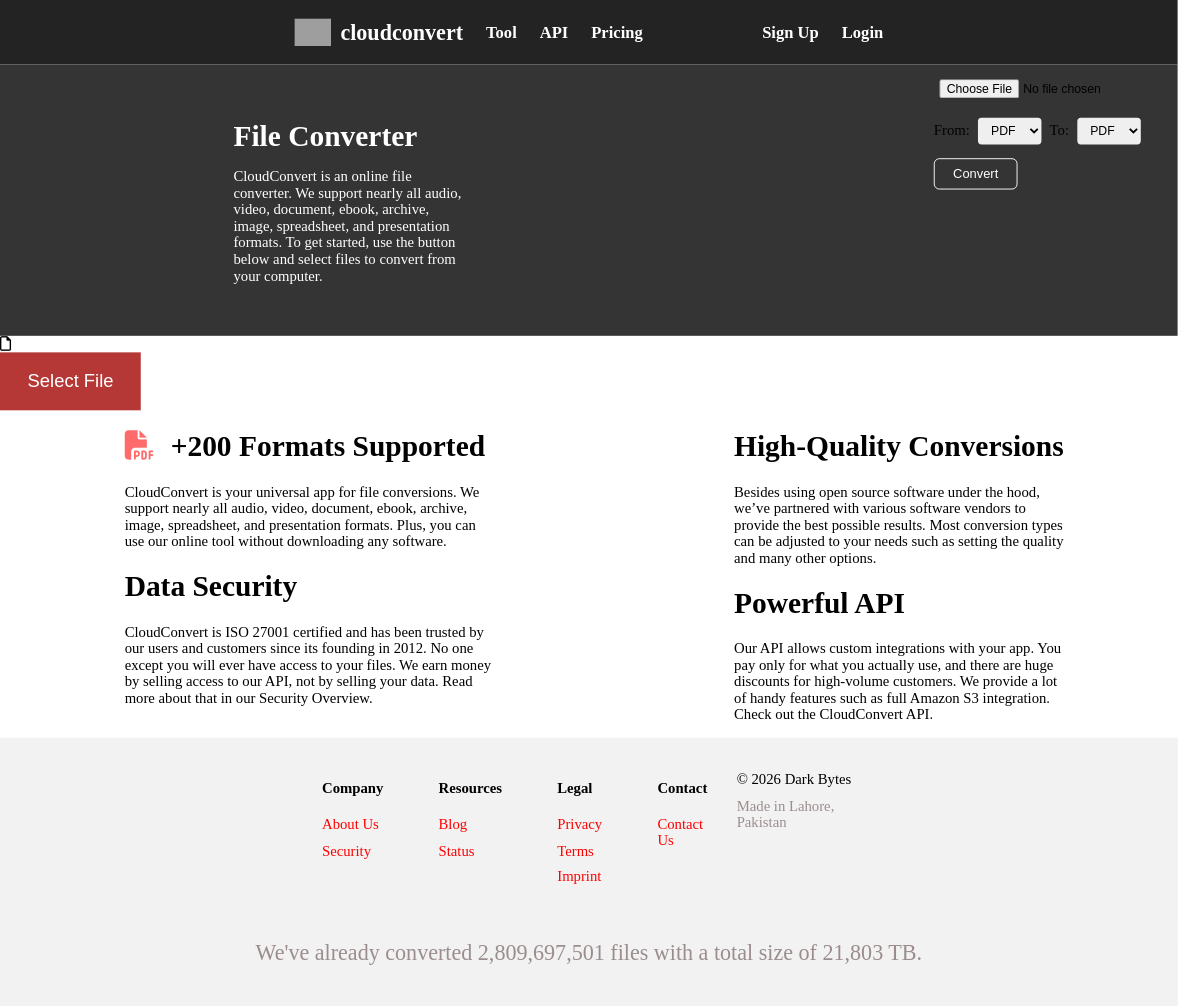
Repository: anfal-darkbytes/task_one
Page: http://localhost/
The author's editor kept a copy of each file at every save. The page is drawn from the files as they stood at one save, then again after the next save.
The browser window is 1280 px wide. The pictures show the whole page, at 92% of full size.
Pictures or frames that could not be fetched are drawn as grey boxes. The page is served by the project's application, run on Django 4.2 (manage.py). Other server files are loaded and not shown.

Above is the page before, as saved 2026-01-09 07:36:56.

### templates/index.html
{% extends "base.html" %}
{% block file_converter %}

<div class="top-body">
    <div>
        <h1 class="top-body-header">File Converter</h1>
        <p class="top-body-para">
          CloudConvert is an online file converter.
          We support nearly all audio, video, document, ebook,
          archive, image, spreadsheet, and presentation formats.
          To get started, use the button below and select files
          to convert from your computer.
        </p>
    </div>
    <div class="form-container">

    {% if error %}
        <p class="error">{{ error }}</p>
    {% endif %}

    <form method="POST" enctype="multipart/form-data">
        {% csrf_token %}
        <input type="file" name="file" required><br>

        From:
        <select class="" name="from_ext" required>
            <option value="pdf">PDF</option>
            <option value="jpg">JPG</option>
            <option value="png">PNG</option>
        </select>

        To:
        <select name="to_ext" required>
            <option value="pdf">PDF</option>
            <option value="jpg">JPG</option>
            <option value="png">PNG</option>
        </select><br>

        <button type="submit" id="convert-button">Convert</button>
    </form>

    {% if output %}
        <p class="success">Download: <a href="{{ output }}" download>Click Here</a></p>
    {% endif %}
</div>


</div>

<div class="middle-body">
    <i class="fa-slab fa-regular fa-file"></i>
    <button id="pick-image">
        Select File
    </button>
    <div class="details-boxes">
        <div class="pair-containers1">
            <div class="single-container">
                <h1 class="container-title">
                    <i class="fa-solid fa-file-pdf"></i>
                    +200 Formats Supported</h1>
                <p class="container-body">CloudConvert is your universal app for file conversions. We support nearly all audio, video, document, ebook, archive, image, spreadsheet, and presentation formats. Plus, you can use our online tool without downloading any software.</p>
            </div>
            <div class="single-container">
                <h1 class="container-title">Data Security</h1>
                <p class="container-body">CloudConvert is ISO 27001 certified and has been trusted by our users and customers since its founding in 2012. No one except you will ever have access to your files. We earn money by selling access to our API, not by selling your data. Read more about that in our Security Overview.</p>
            </div>
        </div>
        <div class="pair containers2">
             <div class="single-container">
                <h1 class="container-title">High-Quality Conversions</h1>
                <p class="container-body">Besides using open source software under the hood, we’ve partnered with various software vendors to provide the best possible results. Most conversion types can be adjusted to your needs such as setting the quality and many other options.</p>
             </div>
            <div class="single-container">
                <h1 class="container-title">Powerful API</h1>
                <p class="container-body">Our API allows custom integrations with your app. You pay only for what you actually use, and there are huge discounts for high-volume customers. We provide a lot of handy features such as full Amazon S3 integration. Check out the CloudConvert API.</p>
            </div>
        </div>
    </div>
</div>


{% endblock %}

### templates/base.html
{% load static %}
<!DOCTYPE html>
<html>
<head>
    <title>File Converter</title>
    <link rel="stylesheet" href="{% static 'css/style.css' %}">
    <link rel="stylesheet" href="https://cdnjs.cloudflare.com/ajax/libs/font-awesome/6.5.0/css/all.min.css" integrity="sha512-jQ1FZP9pFqQfYyVvKTLbqRQj1S2EjeKzG0pC1S+r6/6QclZ3YhFgJz4X8G3a3F6K/2kEkD6K1V5OaxEf6P4J0g==" crossorigin="anonymous" referrerpolicy="no-referrer" />

</head>
<body>
    {% include "header.html" %}

    {% block file_converter %}
    {% endblock %}

    {% include "footer.html" %}

</body>
</html>

### templates/header.html
<header>
    <div class="header-div">
        <nav>
            <div class="menu-tab">
                <a href="{% url 'home' %}">
                    <img src="https://cloudconvert.com/images/logo_flat_110_borderless.png"
                         alt="cloudconvert-logo">
                    <h1 id="logo-name">cloudconvert</h1>
                </a>
                <h1>Tool</h1>
                <h1>API</h1>
                <h1>Pricing</h1>
            </div>
            <div class="auth-tab">
                <h1>Sign Up</h1>
                <h1>Login</h1>
            </div>
        </nav>
    </div>
</header>

### templates/footer.html
<footer>
    <div class="main-footer">
        <div class="bottom-bar">
            <div>
                <h1 class="bottom-bar-header">Company</h1>
                <h1 class="bottom-bar-child">About Us</h1>
                <h1 class="bottom-bar-child">Security</h1>
            </div>
           <div>
                <h1 class="bottom-bar-header">Resources</h1>
                <h1 class="bottom-bar-child">Blog</h1>
                <h1 class="bottom-bar-child">Status</h1>
            </div>
            <div>
                <h1 class="bottom-bar-header">Legal</h1>
                <h1 class="bottom-bar-child">Privacy</h1>
                <h1 class="bottom-bar-child">Terms</h1>
                <h1 class="bottom-bar-child">Imprint</h1>
            </div>
           <div>
                <h1 class="bottom-bar-header">Contact</h1>
                <h1 class="bottom-bar-child">Contact Us</h1>
            </div>
        </div>

        <div class="bottom-side-bar">
            <h1 class="bottom-side-bar-header">© 2026 Dark Bytes</h1>
            <h1 class="bottom-side-bar-child">Made in Lahore, Pakistan</h1>
        </div>
    </div>
    <div class="footer-bottom-details">
        <p>We've already converted 2,809,697,501 files with a total size of 21,803 TB.</p>
    </div>
</footer>

### taskOneApp/views.py
from django.shortcuts import render
from django.core.files.storage import FileSystemStorage
from .utils import convert_file
import os


def home(request):
    output_url = None
    error = None

    if request.method == 'POST' and request.FILES.get('file'):
        uploaded_file = request.FILES['file']
        from_ext = request.POST.get('from_ext', '').replace('.', '').lower()
        to_ext = request.POST.get('to_ext', '').replace('.', '').lower()

        fs = FileSystemStorage()

        # Save input file
        input_filename = fs.save(uploaded_file.name, uploaded_file)
        input_path = fs.path(input_filename)

        base_name = os.path.splitext(input_filename)[0]
        output_filename = f"{base_name}.{to_ext}"
        output_path = fs.path(output_filename)

        print(f"Input path: {input_path}")
        print(f"Output path: {output_path}")

        try:
            convert_file(input_path, from_ext, to_ext, output_path)

            output_url = fs.url(output_filename)

            # ✅ delete input file after success
            if os.path.exists(input_path):
                os.remove(input_path)

        except Exception as e:
            error = str(e)

            if os.path.exists(input_path):
                os.remove(input_path)

    return render(request, 'index.html', {
        'output': output_url,
        'error': error
    })

### taskOne/urls.py
from django.contrib import admin
from django.urls import path, include
from django.conf import settings
from django.conf.urls.static import static

urlpatterns = [
    path('admin/', admin.site.urls),
    path('', include('taskOneApp.urls')),
]

urlpatterns += static(settings.STATIC_URL, document_root=settings.STATICFILES_DIRS[0])

if settings.DEBUG:
    urlpatterns += static(settings.MEDIA_URL, document_root=settings.MEDIA_ROOT)

### taskOneApp/urls.py
from django.urls import path
from . import views

urlpatterns = [
 path('',views.home, name='home'),
 # path('',views.index,name='index')
]

### static/css/style.css
 body {
            background-color: #ffffff;
            justify-content: center;
            align-items: center;
            height: 100vh;
            margin: 0;
            /* padding: 0% 25%; */
        }

        .container-title i {
            margin-right: 10px;   /* space between icon and text */
            color: #ff6b6b;       /* icon color */
        }

        .top-body {
            background-color: #343434;
            display: flex;
        }

        .top-body-header {
            color: white;
            text-align: start;
            margin: 0px;
            font-size: 32px;
            padding: 60px 25% 0px 25%;
        }

        .top-body-para {
            color: white;
            padding: 0px 50% 40px 25%;
            text-align: start;
        }

        .form-container {
            text-align: bottom;
        }

        h2 {
            color: #0073e6;
            margin-bottom: 20px;
        }

        .h1{
            color: red;
        }

        input[type="file"] {
            margin: 10px 0;
            padding: 6px;
        }

        select {
            padding: 6px 10px;
            margin: 5px;
            border-radius: 4px;
            border: white;
        }

        #convert-button {
            padding: 8px 20px;
            font-size: 14px;
           background-color:  #343434;
            border:1px solid white;
            color: white;
            border-radius: 6px;
            margin-top: 10px;
        }

        #pick-image {
            display: flex;
            background-color: #b53836;
            color: white;
            border: #b53836;
            padding: 20px 30px;
            font-size: 20px;
            margin: 0%;
            justify-content: center;

        }

        .container-title {
            padding: 0% 20%;
        }

        .container-body {
            padding: 0px 20%;
        }

        p.error {
            color: #e60000;
            font-weight: bold;
            margin-top: 10px;
        }

        p.success a {
            text-decoration: none;
            color: white;
            background-color: red;
            padding: 6px 12px;
            border-radius: 4px;
        }

        p.success a:hover {
            background-color: #1e7e34;
        }

        .form-container {
            display: flex;
        }

        .details-boxes {
            display: flex;
        }

        /* .pair-containers1 {
            display: flex;
        } */

        {}

        /* Header */

        .header-div {
          background-image: linear-gradient(to right, #343434, #383838);
        }

        .header-div nav {
        display: flex;
        align-items: center;
        justify-content: space-between;
        padding: 20px 25%;
        }

        #logo-name {
            color: white;
            font-size: 24px;
            text-decoration: none;
        }

        nav {
        display: flex;
        justify-content: space-between;
        align-items: center;
        padding: 10px 20px;
        background-color: #232323;
        color: white;
        }

        .menu-tab, .auth-tab {
        display: flex;
        align-items: center;
        gap: 25px;
        }

        .menu-tab a {
        display: flex;
        align-items: center;
        text-decoration: none;
        color: inherit;
        }

       .menu-tab img {
       height: 30px;
       margin-right: 10px;
       }

       .menu-tab h1, .auth-tab h1 {
       font-size: 18px;
       margin: 0;
       }



       /* Footer Styling */


       footer {
        background-color: #f2f2f2;
       }

       .main-footer {
        background-color: #f2f2f2;
        display: flex;
        align-items: start;
        justify-content: space-between;
        padding: 2% 25%;
       }

       .bottom-bar {
        display: flex;
       }

       .bottom-bar-header {
        color: black;
        font-weight:700;
        font-size: 16px;
        padding: 10px 30px;
       }

       .bottom-bar-child {
        color: red;
        font-weight: 400;
        font-size: 16px;
        padding: 0px 30px;
       }

       .bottom-side-bar-header {
        color: black;
        justify-content: space-between;
        font-weight: 400;
        font-size: 16px;
        padding: 20px, 30px;
       }

       .bottom-side-bar-child {
        color: rgb(155, 141, 141);
        font-weight: 400;
        font-size: 16px;
       }

       .footer-bottom-details {
        background-color: #f2f2f2;
        font-size: 24px;
        color: rgb(155, 141, 141);
        text-align: center;
        padding-bottom: 20px;
       }

After the next save:
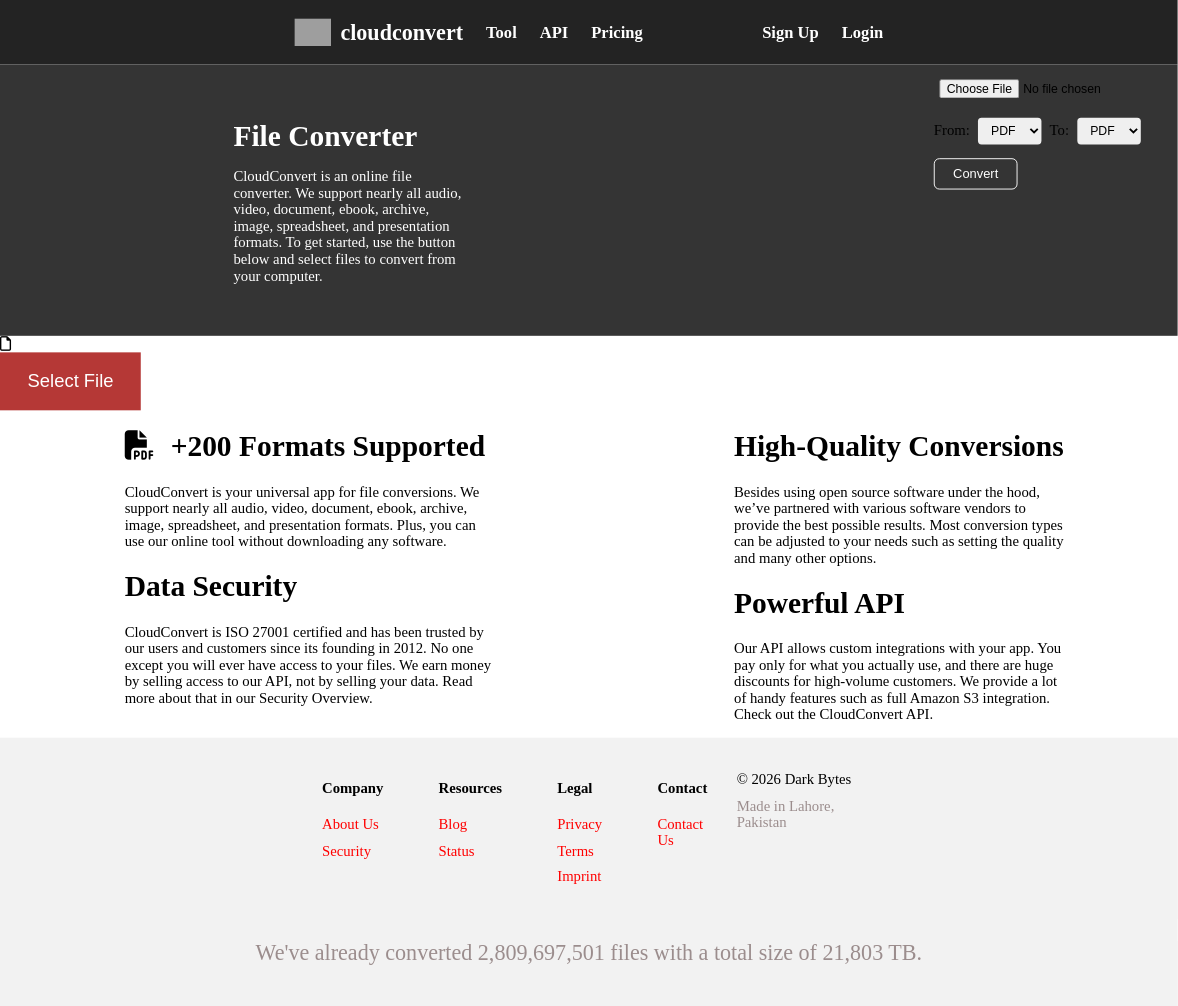
Saved 78 s later.
--- a/static/css/style.css
+++ b/static/css/style.css
@@ -8,8 +8,8 @@
         }
 
         .container-title i {
-            margin-right: 10px;   /* space between icon and text */
-            color: #ff6b6b;       /* icon color */
+            margin-right: 10px;
+            color: black;
         }
 
         .top-body {
